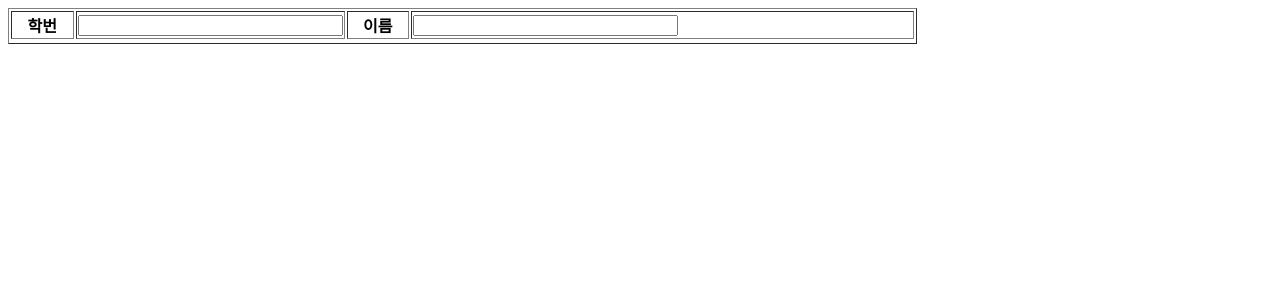
Repository: cccf777/-
Page: http://localhost/hrd0422/junhbo/hakDelete.jsp
An editor plug-in stored every save of this project. The page is shown before and after the next save, followed by the edit.
The browser window is 1280 px wide. The pictures show the whole page.
The page is served by Tomcat 9.

Above is the page before, as saved 2021-04-26 03:30:10.

After the next save:
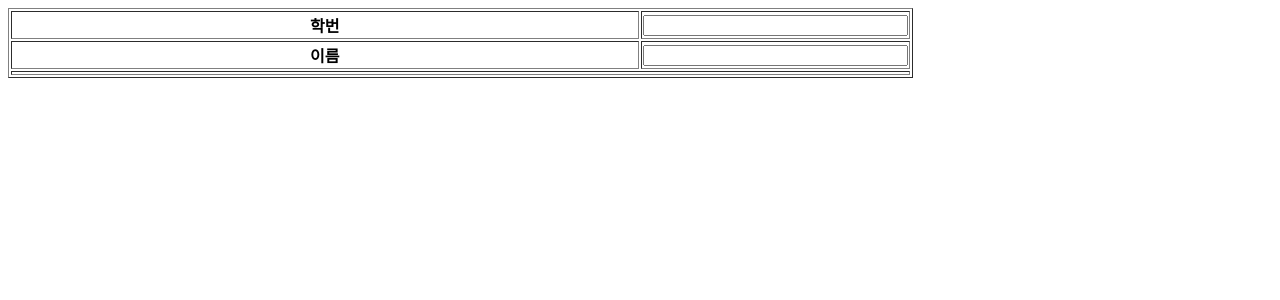
Saved 50 s later.
--- a/workspace/hrd0422/src/main/webapp/junhbo/hakDelete.jsp
+++ b/workspace/hrd0422/src/main/webapp/junhbo/hakDelete.jsp
@@ -9,16 +9,20 @@
 <body>
 <form name=form method=post action="hakDeleteProcess.jsp">
 <table border=1>
-<tr>
-<th>학번</th>
-<td width=30%><input type=text name=id size=30 id=in></td>
-<th>이름</th>
-<td><input type=text name=name size=30 id=in>
-</tr>
-<tr>
+	<tr>
+		<th>학번</th>
+		<td width=30%><input type=text name=id size=30 id=in></td>
+	</tr>
+	<tr>
+		<th>이름</th>
+		<td><input type=text name=name size=30 id=in>
+	</tr>
+	<tr>
+		<td colspan=2 align=center>
 
 
-</tr>
+
+	</tr>
 </table>
 </form>
 </body>
